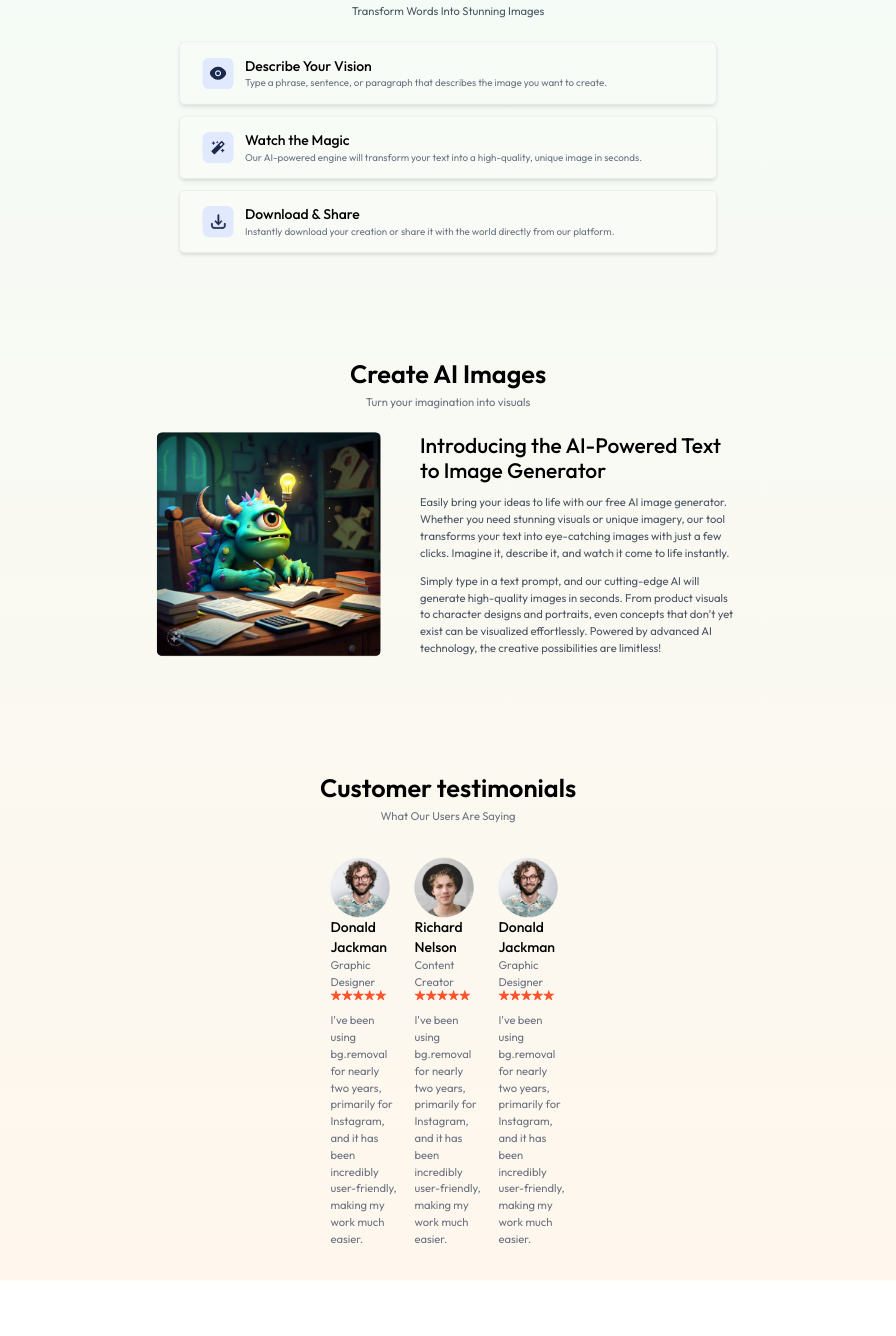
Repository: Abrammse/Abraify
Page: /
An editor plug-in stored every save of this project. The page is shown before and after a run of saves, followed by the edit.
The browser window is 1280 px wide. The pictures show the part of the page from y = 909 to 2829 px (the page is 2818 px tall before and 2829 px after), at 70% of full size.
The project was rebuilt for these pictures with package versions that can differ from the ones it lists, and the page was loaded fresh each time. Also part of the build but not shown: vite.config.js, src/pages/Buycredit.jsx.

Above is the page before, as saved 2024-11-25 12:06:41.

### index.html
<!doctype html>
<html lang="en">
  <head>
    <meta charset="UTF-8" />
    <link rel="icon" type="image/svg+xml" href="/favicon.svg" />
    <meta name="viewport" content="width=device-width, initial-scale=1.0" />
    <title>Imagify - Abram</title>
  </head>
  <body>
    <div id="root"></div>
    <script type="module" src="/src/main.jsx"></script>
  </body>
</html>

### src/main.jsx
import { createRoot } from 'react-dom/client'
import './index.css'
import App from './App.jsx'
import { BrowserRouter } from 'react-router-dom'
import AppContextProvider from './context/AppContext.jsx'
createRoot(document.getElementById('root')).render(

  <BrowserRouter>
  <AppContextProvider>
  <App/>
  </AppContextProvider>

  </BrowserRouter>
)

### src/index.css
@import url('https://fonts.googleapis.com/css2?family=Cairo:wght@200..1000&family=Outfit:wght@100..900&display=swap');


@tailwind base;
@tailwind components;
@tailwind utilities;

*{
  font-family: Outfit ;
}

### src/App.jsx
import React from "react";
import { Routes,Route } from "react-router-dom";
import Home from "./pages/Home";
import BuyCredit from "./pages/Buycredit";
import Navbar from "./components/Navbar";
const App = () => {
  return (
    <div className="px-4 sm:px-10 md:px-14 lg:px-28 min-h-screen bg-gradient-to-b from-teal-50 to-orange-50">
     <Navbar />
      <Routes>

        <Route  path="/" element={<Home />}/>
        <Route  path="/BuyCredit" element={<BuyCredit />}/>
      </Routes>
    </div>
  )
}

export default App

### src/context/AppContext.jsx
import { createContext, useState } from "react";
export const AppContext = createContext();

const AppContextProvider = (props) => {
  const [user, setUser] = useState(null);

  const value = {
    user,
    setUser,
  };

  return (
    <AppContext.Provider value={value}>
      {props.children}
    </AppContext.Provider>
  );
};

export default AppContextProvider;

### src/pages/Home.jsx
import React from 'react';
import Header from '../components/Header';
import Steps from '../components/Steps';
import Des from '../components/des';
import Testimonials from '../components/testimonials';
const Home = () => {
  return (
    <div>
      <Header/>
      <Steps/>
      <Des/>
      <Testimonials/>
    </div>
  );
}

export default Home;

### src/components/Navbar.jsx
import React, { useContext } from 'react';
import { assets } from '../assets/assets';
import { Link, useNavigate } from 'react-router-dom';
import { AppContext } from '../context/AppContext';
const Navbar = () => {
  const {user} = useContext(AppContext);
  const navigate = useNavigate();

  return (
    <div className="flex items-center justify-between py-4">
      <Link to="/">
        <img src={assets.logo} alt="Logo" className="w-28 sm:w-32 lg:w-40" />
      </Link>

      <div>
        {user ? (
          <div className="flex items-center gap-2 sm:gap-3">
            <button className="flex items-center gap-2 bg-blue-100 px-4 sm:px-6 py-1.5 sm:py-3 rounded-full hover:scale-105 transition-all duration-700">
              <img src={assets.credit_star} alt="Credits" className="w-5" />
              <p  onClick={() => navigate('/BuyCredit')} className='text-xs sm:text-sm font-medium text-gray-600'>Credits left: 50</p>
            </button>
            <p className='text-gray-600 max-sm:hidden pl-4 '>Hi, Abram</p>
            <div className="relative group">
              <img
                src={assets.profile_icon}
                alt="Profile"
                className="w-10 drop-shadow cursor-pointer"
              />
              <div className="absolute hidden group-hover:block top-0 right-0 z-10  text-black rounded  pt-12">
                <ul   className='list-none m-0 p-2 bg-white rounded-md border text-sm ' >
                  <li className='py-1 px-2  cursor-pointer pr-10 ' >
                    Logout
                  </li>
                </ul>
              </div>
            </div>
          </div>
        ) : (
          <div className="flex items-center gap-2 sm:gap-5">
            <p
              onClick={() => navigate('/BuyCredit')}
              className="cursor-pointer hover:underline"
            >
              Pricing
            </p>
            <button
              className="bg-zinc-800 text-white px-7 py-2 sm:px-10 text-sm rounded-full"
              onClick={() => navigate('/login')}
            >
              Login
            </button>
          </div>
        )}
      </div>
    </div>
  );
};

export default Navbar;

### src/components/Header.jsx
import React from 'react';
import { assets } from '../assets/assets';

const Header = () => {
  return (
<div className="flex flex-col justify-center items-center text-center my-20 ">
<div className="text-stone-500 inline-flex text-center gap-2 bg-white px-6 py-1 rounded-full border border-neutral-500 ">
    <p>Best text to image generator</p>
<img src={assets.star_icon} alt="start"/>
    </div>
    <h1  className='text-4xl  max-w-[300px]   sm:text-7xl sm:max-w-[590px] mx-auto mt-10 text-center  ' >Turn text to <span  className='text-blue-600' >  image</span>, in seconds.</h1>
<p  className='text-center max-w-xl mx-auto mt-5'>Unleash your creativity with AI. Turn your imagination into visual art in seconds – just type, and watch the magic happen. </p>
<button className='sm:text-lg text-white   bg-black w-auto mt-8 px-12 py-2.5 flex  items-center gap-2  rounded-full    ' >Generate Images <img  className='h-6' src={assets.star_group} alt="start"/>
</button>
<div className='flex flex-wrap justify-center mt-16 gap-3 '>
{Array(6).fill().map((item,index)=>(

<img  className='rounded hover:scale-105  transition-all duration-300 cursor-pointer max-sm:w-11    ' src={index % 2=== 0 ? assets.sample_img_2 : assets.sample_img_1 } alt="start" key={index} width={120}  />

))}

</div>

<p className=' mt-2 text-neutral-600'> Generated images from imagify </p>
     </div>
  );
}

export default Header;

### src/components/Steps.jsx
import React from 'react';
import { stepsData } from '../assets/assets';

const Steps = () => {
  return (
    <div className='flex flex-col items-center justify-center my-32'>
      <h1 className='text-3xl sm:text-4xl font-semibold mb-2 '>How it works</h1>
      <p className=' tet-lg mb-8 text-gray-600'> Transform Words Into Stunning Images </p>


      <div className='space-y-4 w-full max-w-3xl text-sm '>
        {stepsData.map((item,index)=>(
            <div key={index}  className='flex items-center gap-4 px-8 p-5 bg-white/20 shadow-md border cursor-pointer hover:scale-[1.02]  transition-all  duration-300 rounded-lg ' >
                <img src={item.icon} alt="" />
            <div>
                <h2 className='text-xl  font-medium' > {item.title}</h2>
                <p className='text-gray-500' > {item.description}</p>

            </div>
            </div>
        ))}
      </div>

      </div>
  );
}

export default Steps;

### src/components/des.jsx
import React from 'react';
import { assets } from '../assets/assets';

const Des = () => {
  return (
<div className='flex flex-col items-center justify-center my-24 p-6 md:px-28'>
            <h1 className='text-3xl sm:text-4xl font-semibold mb-2 '>Create AI Images</h1>
            <p className=' tet-lg mb-8 text-gray-500'> Turn your imagination into visuals </p>

<div className='flex flex-col gap-5 md:gap-14 md:flex-row'>
<img src={assets.sample_img_2} alt="Credits" className="w-80 xl:w9 rounded-lg " />

<div>
    <h2 className='text-3xl font-medium max-w-lg mb-4'>
    Introducing the AI-Powered Text to Image Generator
    </h2>
    <p className='text-gray-600 mb-4' >
    Easily bring your ideas to life with our free AI image generator. Whether you need stunning visuals or unique imagery, our tool transforms your text into eye-catching images with just a few clicks. Imagine it, describe it, and watch it come to life instantly.
    </p>
    <p className='text-gray-600' >
    Simply type in a text prompt, and our cutting-edge AI will generate high-quality images in seconds. From product visuals to character designs and portraits, even concepts that don’t yet exist can be visualized effortlessly. Powered by advanced AI technology, the creative possibilities are limitless!
    </p>
</div>

</div>

    </div>
  );
}

export default Des;

### src/components/testimonials.jsx
import React from 'react';
import { assets, testimonialsData } from '../assets/assets';

const Testimonials = () => {
  return (
<div className='flex flex-col items-center justify-center my-20 py-12'>
            <h1 className='text-3xl sm:text-4xl font-semibold mb-2 '>Customer testimonials</h1>
            <p className='  mb-12 text-gray-500'> What Our Users Are Saying </p>

            <div className='flex flex-wrap gap-6 '>
        {testimonialsData.map((item,index)=>(
            <div  key={index}  className='rounded-full w-24 ' >
                <img src={item.image} alt="" />
            <div>
                <h2 className='text-xl  font-medium' > {item.name}</h2>
                <p className='text-gray-500' > {item.role}</p>
                <div className='flex mb-4'>
{Array(item.stars).fill().map((ite,index)=>(
                    <img   key={index} src={assets.rating_star} alt="" />

))}

                </div>
                <p className='text-gray-500' > {item.text}</p>

            </div>
            </div>
        ))}
      </div>

    </div>

  );
}

export default Testimonials;

### src/assets/assets.js
import logo from './logo.svg'
import logo_icon from './logo_icon.svg'
import facebook_icon from './facebook_icon.svg'
import instagram_icon from './instagram_icon.svg'
import twitter_icon from './twitter_icon.svg'
import star_icon from './star_icon.svg'
import rating_star from './rating_star.svg'
import sample_img_1 from './sample_img_1.png'
import sample_img_2 from './sample_img_2.png'
import profile_img_1 from './profile_img_1.png'
import profile_img_2 from './profile_img_2.png'
import step_icon_1 from './step_icon_1.svg'
import step_icon_2 from './step_icon_2.svg'
import step_icon_3 from './step_icon_3.svg'
import email_icon from './email_icon.svg'
import lock_icon from './lock_icon.svg'
import cross_icon from './cross_icon.svg'
import star_group from './star_group.png'
import credit_star from './credit_star.svg'
import profile_icon from './profile_icon.png'

export const assets = {
    logo,
    logo_icon,
    facebook_icon,
    instagram_icon,
    twitter_icon,
    star_icon,
    rating_star,
    sample_img_1,
    sample_img_2,
    email_icon,
    lock_icon,
    cross_icon,
    star_group,
    credit_star,
    profile_icon
}

export const stepsData = [
    {
      title: 'Describe Your Vision',
      description: 'Type a phrase, sentence, or paragraph that describes the image you want to create.',
      icon: step_icon_1,
    },
    {
      title: 'Watch the Magic',
      description: 'Our AI-powered engine will transform your text into a high-quality, unique image in seconds.',
      icon: step_icon_2,
    },
    {
      title: 'Download & Share',
      description: 'Instantly download your creation or share it with the world directly from our platform.',
      icon: step_icon_3,
    },
  ];

export const testimonialsData = [
    {
        image:profile_img_1,
        name:'Donald Jackman',
        role:'Graphic Designer',
        stars:5,
        text:`I've been using bg.removal for nearly two years, primarily for Instagram, and it has been incredibly user-friendly, making my work much easier.`
    },
    {
        image:profile_img_2,
        name:'Richard Nelson',
        role:'Content Creator',
        stars:5,
        text:`I've been using bg.removal for nearly two years, primarily for Instagram, and it has been incredibly user-friendly, making my work much easier.`
    },
    {
        image:profile_img_1,
        name:'Donald Jackman',
        role:' Graphic Designer',
        stars:5,
        text:`I've been using bg.removal for nearly two years, primarily for Instagram, and it has been incredibly user-friendly, making my work much easier.`
    },
]

export const plans = [
    {
      id: 'Basic',
      price: 10,
      credits: 100,
      desc: 'Best for personal use.'
    },
    {
      id: 'Advanced',
      price: 50,
      credits: 500,
      desc: 'Best for business use.'
    },
    {
      id: 'Business',
      price: 250,
      credits: 5000,
      desc: 'Best for enterprise use.'
    },
  ]

Loaded but not shown: tailwind.config.js (common file)

After the next 2 saves:
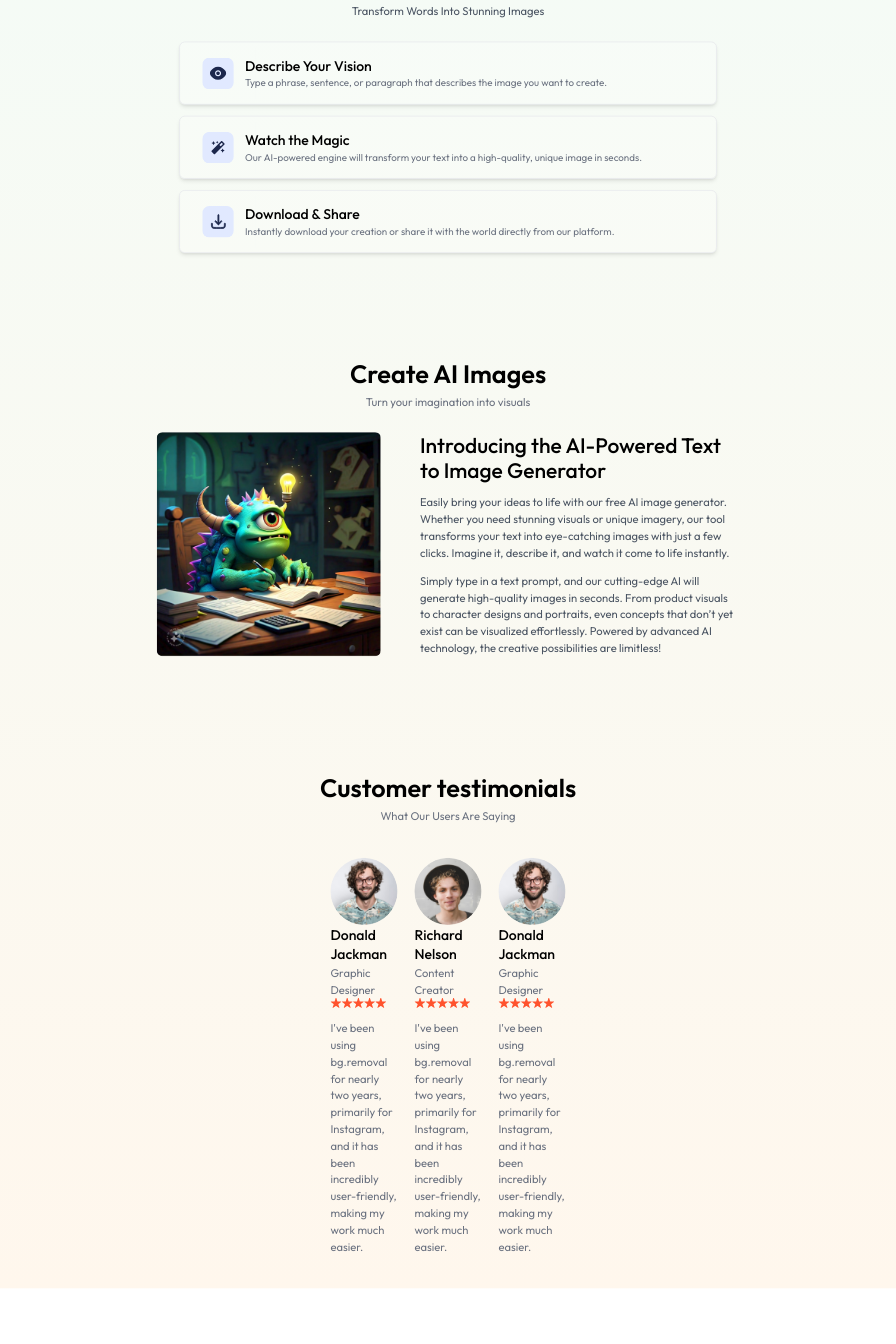
The 2 saves are shown as one change because they came seconds apart.
The last was saved 27 s later.
--- a/src/components/testimonials.jsx
+++ b/src/components/testimonials.jsx
@@ -10,7 +10,7 @@ const Testimonials = () => {
             <div className='flex flex-wrap gap-6 '>
         {testimonialsData.map((item,index)=>(
             <div  key={index}  className='rounded-full w-24 ' >
-                <img src={item.image} alt="" />
+                <img src={item.image} alt="" className='rounded-full w-24 ' />
             <div>
                 <h2 className='text-xl  font-medium' > {item.name}</h2>
                 <p className='text-gray-500' > {item.role}</p>
